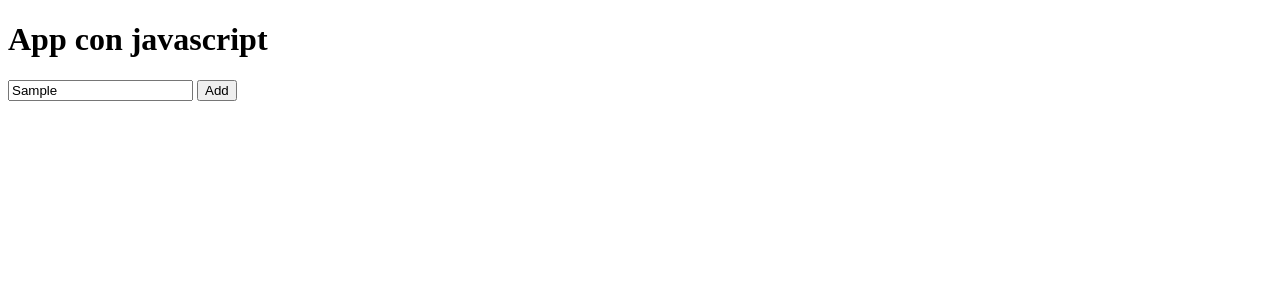
Repository: montsecg/nuclio-javascript-lecture-montse
Page: index.html
These files come from the project's save history. The page is drawn as it stood at one moment and after the next save; the edit follows.
The browser window is 1280 px wide. The pictures show the whole page.
Empty fields were first filled with sample values (such as "Sample", 5 or name@example.com).
After loading, the first visible `input` was changed once.

Above is the page before, as saved 2021-04-15 21:16:24.

### index.html
<!DOCTYPE html>
<html lang="es">
<head> <!--tiene información sobre el documento-->
    <meta charset="UTF-8">
    <meta http-equiv="X-UA-Compatible" content="IE=edge">
    <meta name="viewport" content="width=device-width, initial-scale=1.0">
    <meta name="description" content="The description">
    <link rel="stylesheet" href="./styles.css">
    <script defer src="./index.js"></script><!--carga el documento de JAVASCRIPT-->
    <title>App con javascript</title>
</head>
<body> <!--tiene contenido de la página-->

    <h1 class= "title">App con javascript</h1>
    <input placeholder= "" type="text">
    <button>Add</button>


<!-- siempre se escribre después de los elementos que se ven alterados por JAVASECRIPT-->


</body>
</html>

### index.js
//* TRABAJANDO CON BOTONES EN HTML*//

/*const button = document.querySelector("button");*/
/*console.dir(button);
button.innerText = "Hola!";*/


//*cuando se haga clic en el botón, se imprimirá por consola la frase :button clicked*/
/*button.addEventListener("click", () =>{ /*primer parámeto(click)= el nombre del evento que se quiere escuchar con la función addEventListener
    console.log("button clicked")/*segundo parámetro (@functión) = a la acción que se ha de ejecutar cuando ocurra el evento especificado en el primer parámetro
});*/


//*cuando se haga clic en el botón, se cambiará en el botón el texto:Hola*/
/*button.addEventListener("click", () =>{ primer parámeto(click)= el nombre del evento que se quiere escuchar con la función addEventListener
    button.innerText = "Hola";segundo parámetro (String) = la acción que se ha de ejecutar cuando ocurra el evento especificado en el primer parámetro
});*/

//*cuando se haga click en el botón, se mostratá en el botón la suma de las veces que se clika*/

/*let count = 1;
button.addEventListener("click", () =>{ primer parámeto(click)= el nombre del evento que se quiere escuchar con la función addEventListener
    button.innerText = count;segundo parámetro (contador) = /*la acción que se ha de ejecutar cuando ocurra el evento especificado en el primer parámetro
    count += 1;
    if (count >= 11 ) {
        count = 1;
    }
});*/

//*cuando se haga click en el botón, se cambia el style (CSS) del h1*/
/*const title = document.querySelector("h1");
let count = 1;

button.addEventListener("click", () =>{ primer parámeto(click)= el nombre del evento que se quiere escuchar con la función addEventListener
    button.innerText = count;segundo parámetro (contador) = la acción que se ha de ejecutar cuando ocurra el evento especificado en el primer parámetro
    count += 1;
    if (count >= 6 ) {
        //title.style.textTransform = "uppercase";
 /*en todos los titulos se aplica la classe uppercase cuando se realizan 5 clicks en el botón
        title.classList.add("uppercase");
    }
});*/


//*cuando se haga click en el botón, se cambia el h1 a MAYUSCULAS y a MINUSCULAS*////
/*const title = document.querySelector("h1");

button.addEventListener("click", () =>{
    title.classList.toggle("uppercase"); /*uppercases tiene que estar definido en la hoja de CCS, para transformar h1*/
/*});*/

//*TRABAJANDO CON INPUT EN HTML *//

/*Cuando el input cambie, imprime por consola "Hola"*/
/*const input = document.querySelector ("input");
input.addEventListener("input", () =>{
    console.log("Hola");
});*/

/*Cuando el input se rellena, imprime en por consola lo que se ha escrito en el input */
const input = document.querySelector ("input");
const button = document.querySelector ("button");
const title = document.querySelector ("h1");

//*en este caso se imprime por consola un evwento por cada caracter que se escribe en el input*/

/*input.addEventListener("input", (event) =>{
    console.log(event);
});*/

//*en este caso se imprime por consola un caracter por cada caracter que se escribe en el input*/

/*input.addEventListener("input", () =>{
    console.log(input.value);
});*/

//*en este caso se imprime por consola un caracter por cada caracter que se escribe en el input*/

input.addEventListener("input", () =>{
    console.log(input.value);
});

Loaded but not shown: styles.css (no stored copy; drawn as an empty file)

After the next save:
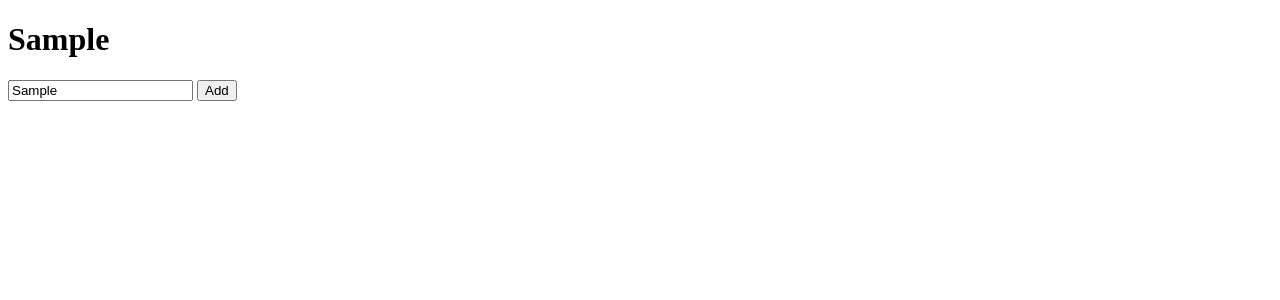
Saved 95 s later.
--- a/index.js
+++ b/index.js
@@ -74,8 +74,8 @@ const title = document.querySelector ("h1");
     console.log(input.value);
 });*/
 
-//*en este caso se imprime por consola un caracter por cada caracter que se escribe en el input*/
+//*Para recoger como título lo que se escriba en el input*/
 
 input.addEventListener("input", () =>{
-    console.log(input.value);
+    title.innerText = input.value;
 });
